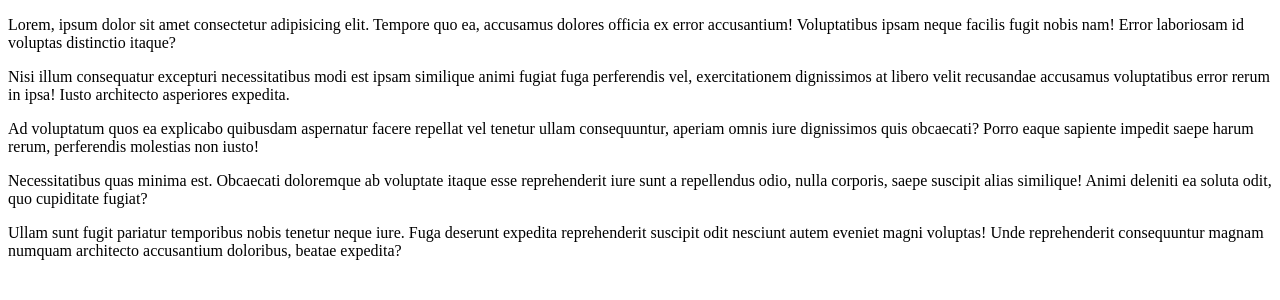
Repository: Filip-Husic/AW_frontend
Page: css1.html
These files come from the project's save history. The page is drawn as it stood at one moment and after the next save; the edit follows.
The browser window is 1280 px wide. The pictures show the whole page.

Above is the page before, as saved 2022-11-23 15:32:28.

### css1.html
<!DOCTYPE html>
<html lang="en">

<head>
    <meta charset="UTF-8">
    <meta http-equiv="X-UA-Compatible" content="IE=edge">
    <meta name="viewport" content="width=device-width, initial-scale=1.0">
    <title>CSS - example 1</title>
    <style>
        /*
        CSS RULE
        selector {
            property1: value1;
            property2: value2;
            property3: value3;
        }
        */

        /*
        tag selector
        */
        p{
            color: ;
        }

    </style>
</head>

<body>
    <p>Lorem, ipsum dolor sit amet consectetur adipisicing elit. Tempore quo ea, accusamus dolores officia ex error
        accusantium! Voluptatibus ipsam neque facilis fugit nobis nam! Error laboriosam id voluptas distinctio itaque?
    </p>
    <p>Nisi illum consequatur excepturi necessitatibus modi est ipsam similique animi fugiat fuga perferendis vel,
        exercitationem dignissimos at libero velit recusandae accusamus voluptatibus error rerum in ipsa! Iusto
        architecto asperiores expedita.</p>
    <p>Ad voluptatum quos ea explicabo quibusdam aspernatur facere repellat vel tenetur ullam consequuntur, aperiam
        omnis iure dignissimos quis obcaecati? Porro eaque sapiente impedit saepe harum rerum, perferendis molestias non
        iusto!</p>
    <p>Necessitatibus quas minima est. Obcaecati doloremque ab voluptate itaque esse reprehenderit iure sunt a
        repellendus odio, nulla corporis, saepe suscipit alias similique! Animi deleniti ea soluta odit, quo cupiditate
        fugiat?</p>
    <p>Ullam sunt fugit pariatur temporibus nobis tenetur neque iure. Fuga deserunt expedita reprehenderit suscipit odit
        nesciunt autem eveniet magni voluptas! Unde reprehenderit consequuntur magnam numquam architecto accusantium
        doloribus, beatae expedita?</p>

</body>

</html>

After the next save:
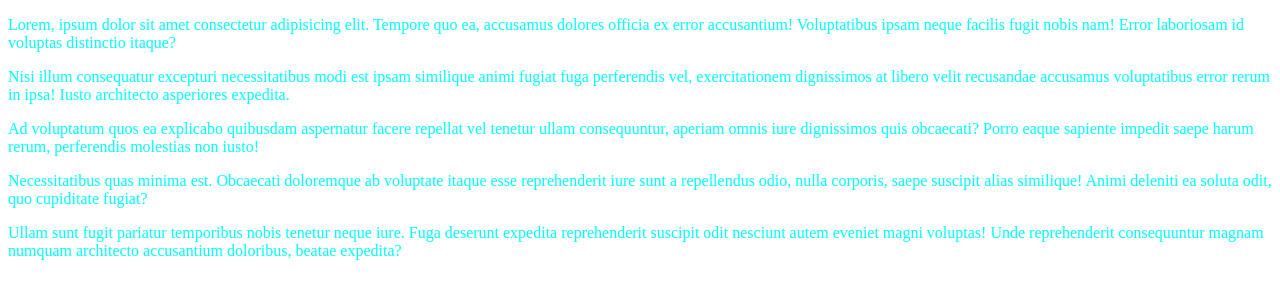
Saved 5 s later.
--- a/css1.html
+++ b/css1.html
@@ -20,7 +20,7 @@
         tag selector
         */
         p{
-            color: ;
+            color: aqua;
         }
 
     </style>
